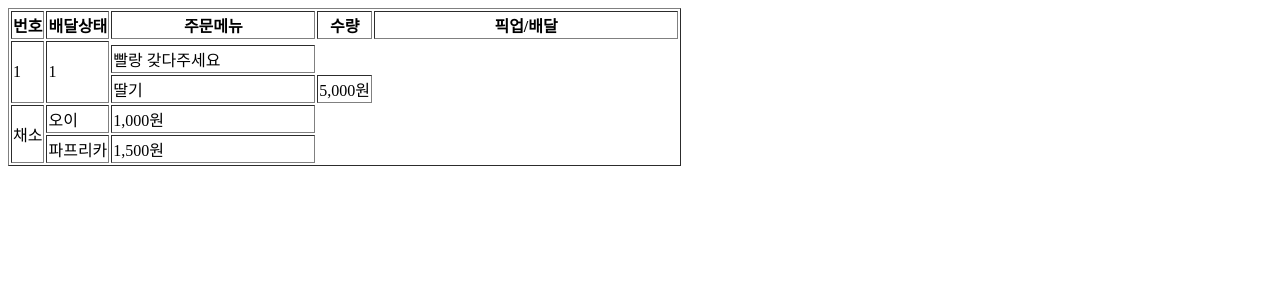
Repository: JeongminHW/Web_study
Page: HTML/myHTML/src/main/webapp/ch03/table3.html
An editor plug-in stored every save of this project. The page is shown before and after the next save, followed by the edit.
The browser window is 1280 px wide. The pictures show the whole page.

Above is the page before, as saved 2024-07-09 03:03:39.

### HTML/myHTML/src/main/webapp/ch03/table3.html
<!DOCTYPE html>
<html>
<head>
<meta charset="UTF-8">
<title>Insert title here</title>
</head>
<body>
	<table border="1">
		<tr>
			<th>번호</th>
			<th>배달상태</th>
			<th width=200>주문메뉴</th>
			<th>수량</th>
			<th width=300>픽업/배달</th>
		</tr>
		<tr>
			<td rowspan="4">1</td>
			<td rowspan="4">1</td>
			<tr>

			</tr>


			<td>빨랑 갖다주세요</td>
		</tr>

		<tr>
			<td>딸기</td>
			<td>5,000원</td>
		</tr>
		<tr>
			<td rowspan="2">채소</td>
			<td>오이</td>
			<td>1,000원</td>
		</tr>
		<tr>
			<td>파프리카</td>
			<td>1,500원</td>
		</tr>
	</table>
</body>
</html>

After the next save:
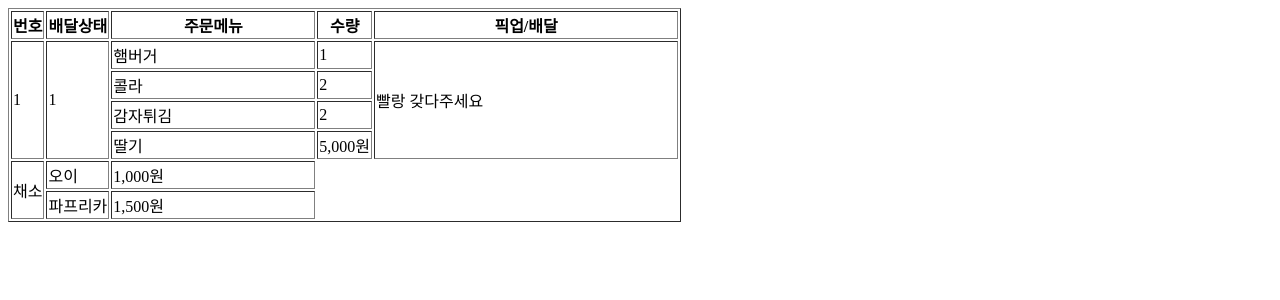
Saved 66 s later.
--- a/HTML/myHTML/src/main/webapp/ch03/table3.html
+++ b/HTML/myHTML/src/main/webapp/ch03/table3.html
@@ -16,12 +16,20 @@
 		<tr>
 			<td rowspan="4">1</td>
 			<td rowspan="4">1</td>
+			<td>햄버거</td>
+			<td>1</td>
+			<td rowspan="4">빨랑 갖다주세요</td>
+
 			<tr>
-
+			<td>콜라</td>
+			<td>2</td>
 			</tr>
 
+			<tr>
+			<td>감자튀김</td>
+			<td>2</td>
+			</tr>
 
-			<td>빨랑 갖다주세요</td>
 		</tr>
 
 		<tr>
